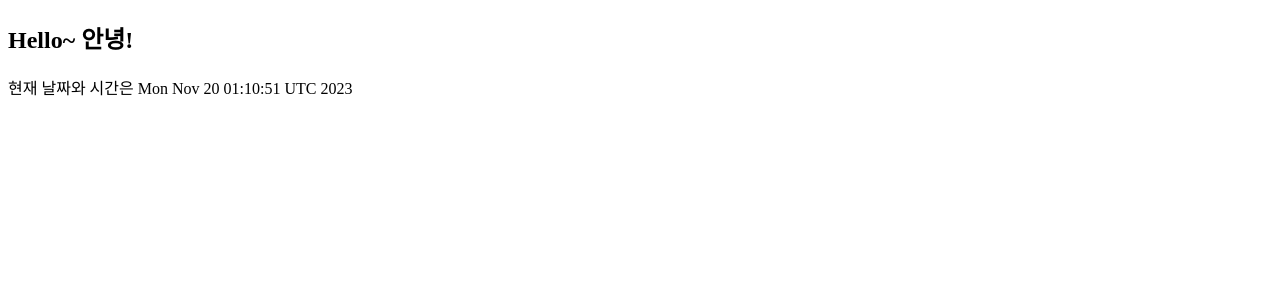
Repository: KyoungHwanJeong/jspworks
Page: http://localhost/jwbook/hello.jsp
An editor plug-in stored every save of this project. The page is shown before and after the next save, followed by the edit.
The browser window is 1280 px wide. The pictures show the whole page.
The page is served by Tomcat 9. Other server files are loaded and not shown.

Above is the page before, as saved 2023-11-20 01:46:10.

### jwbook/src/main/webapp/hello.jsp
<%@page import="java.util.Date"%>
<%@ page language="java" contentType="text/html; charset=EUC-KR"
    pageEncoding="EUC-KR"%>
<!DOCTYPE html>
<html>
<head>
<meta charset="EUC-KR">
<title>welcome~</title>
</head>
<body>
	<h2>Hello~ 안녕!</h2>
	<!-- jsp 출력 -->
	<p>현재 날짜와 시간은 <%= new Date() %></p>	<%-- java.util.Date; -> 임포트 --%>
</body>

After the next save:
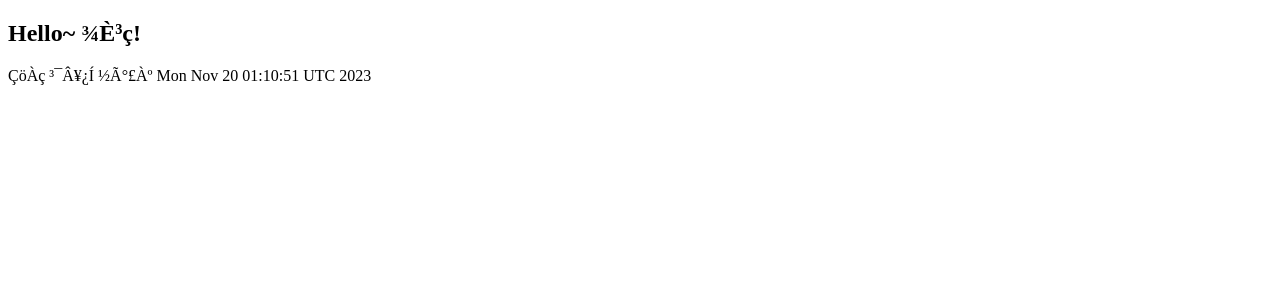
Saved 7 min 25 s later.
--- a/jwbook/src/main/webapp/hello.jsp
+++ b/jwbook/src/main/webapp/hello.jsp
@@ -1,6 +1,6 @@
 <%@page import="java.util.Date"%>
-<%@ page language="java" contentType="text/html; charset=EUC-KR"
-    pageEncoding="EUC-KR"%>
+<%-- <%@ page language="java" contentType="text/html; charset=EUC-KR"
+    pageEncoding="EUC-KR"%> --%>
 <!DOCTYPE html>
 <html>
 <head>

After the save that followed:
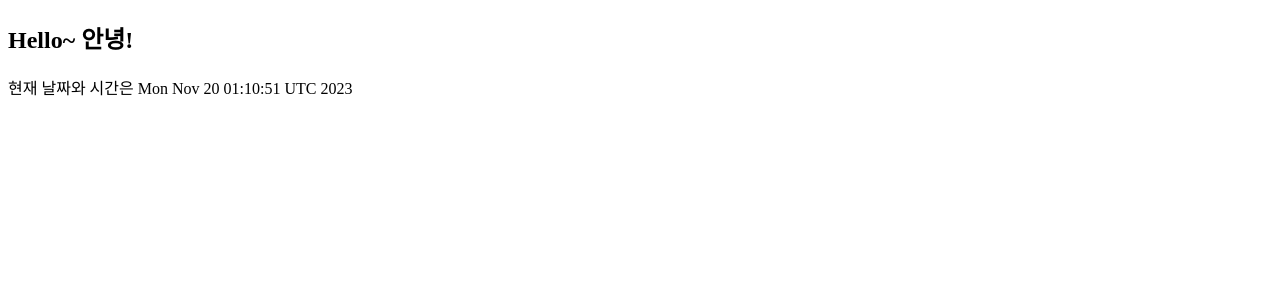
Saved 16 s later.
--- a/jwbook/src/main/webapp/hello.jsp
+++ b/jwbook/src/main/webapp/hello.jsp
@@ -1,6 +1,6 @@
 <%@page import="java.util.Date"%>
-<%-- <%@ page language="java" contentType="text/html; charset=EUC-KR"
-    pageEncoding="EUC-KR"%> --%>
+<%@ page language="java" contentType="text/html; charset=EUC-KR"
+    pageEncoding="EUC-KR"%>
 <!DOCTYPE html>
 <html>
 <head>
